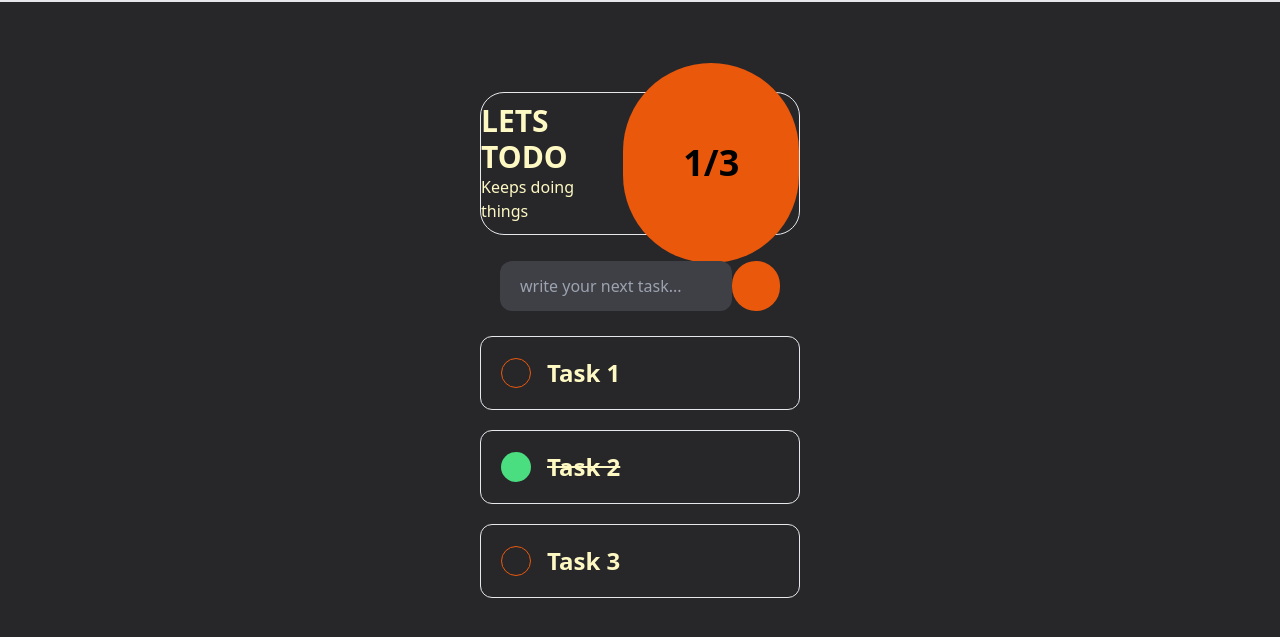
Repository: krayush1109/ToDo_List-React
Page: /
An editor plug-in stored every save of this project. The page is shown before and after the next save, followed by the edit.
The browser window is 1280 px wide. The pictures show the whole page.
The project was rebuilt for these pictures with package versions that can differ from the ones it lists, and the page was loaded fresh each time. Also part of the build but not shown: vite.config.js.

Above is the page before, as saved 2024-07-23 00:13:12.

### src/App.jsx
import React from 'react'

import Todo from './Components/Todo';

const App = () => {
  return (
    <>
      <Todo />
    </>
  )
}

export default App

### src/Components/Todo.jsx
import './style_ui.css';
import Todo from './Todo';

const App = () => {
    return (
        <div className="app-container">
            <div className="header-container">
                <div className="header-text">
                    <h1 className="header-title">LETS TODO</h1>
                    <p className="header-subtitle">Keeps doing things</p>
                </div>
                <div className="counter">
                    1/3
                </div>
            </div>
            <form className="form-container">
                <input
                    placeholder="write your next task..."
                    className="task-input"
                    type="text"
                />
                <button className="add-button">
                    <i className="ri-add-fill"></i>
                </button>
            </form>
            <ul className="task-list">
                <li className="task-item">
                    <div className="task-details">
                        <div className="task-status task-status-pending"></div>
                        <h1 className="task-title">
                            Task 1
                        </h1>
                    </div>
                    <div className="task-actions">
                        <i className="ri-file-edit-line"></i>
                        <i className="ri-delete-bin-3-line"></i>
                    </div>
                </li>
                <li className="task-item">
                    <div className="task-details">
                        <div className="task-status task-status-completed"></div>
                        <h1 className="task-title-completed">
                            Task 2
                        </h1>
                    </div>
                    <div className="task-actions">
                        <i className="ri-file-edit-line"></i>
                        <i className="ri-delete-bin-3-line"></i>
                    </div>
                </li>
                <li className="task-item">
                    <div className="task-details">
                        <div className="task-status task-status-pending"></div>
                        <h1 className="task-title">
                            Task 3
                        </h1>
                    </div>
                    <div className="task-actions">
                        <i className="ri-file-edit-line"></i>
                        <i className="ri-delete-bin-3-line"></i>
                    </div>
                </li>
            </ul>
        </div>
    );
};

export default App;

### src/Components/style_ui.css
/* styles.css */

.app-container {
    @apply border-t-2 w-screen h-screen bg-zinc-800 flex items-center flex-col;
}

.header-container {
    @apply mt-[7%] w-[25%] h-[20%] border rounded-3xl flex justify-around items-center;
}

.header-text {
    @apply text-yellow-100;
}

.header-title {
    @apply text-3xl font-bold;
}

.header-subtitle {
    @apply text-yellow-100;
}

.counter {
    @apply text-4xl font-extrabold flex justify-center items-center w-[200px] h-[200px] rounded-full bg-orange-600;
}

.form-container {
    @apply w-[25%] flex justify-between px-5 my-[2%];
}

.task-input {
    @apply px-5 py-3 text-yellow-100 outline-none w-[85%] rounded-xl bg-zinc-700;
}

.add-button {
    @apply outline-none text-4xl font-extrabold flex justify-center items-center w-[50px] h-[50px] rounded-full bg-orange-600;
}

.task-list {
    @apply list-none w-[25%];
}

.task-item {
    @apply mb-5 flex justify-between items-center border rounded-xl p-5;
}

.task-details {
    @apply flex items-center;
}

.task-status {
    @apply mr-4 rounded-full w-[30px] h-[30px];
}

.task-title {
    @apply text-2xl font-extrabold text-yellow-100;
}

.task-actions {
    @apply flex gap-3 text-2xl text-yellow-100;
}

.task-title-completed {
    @apply line-through text-2xl font-extrabold text-yellow-100;
}

.task-status-completed {
    @apply mr-4 rounded-full w-[30px] h-[30px] bg-green-400;
}

.task-status-pending {
    @apply mr-4 rounded-full w-[30px] h-[30px] border border-orange-600;
}

Loaded but not shown: index.html (common file); src/main.jsx (common file); src/main.css (common file); tailwind.config.js (common file)

After the next save:
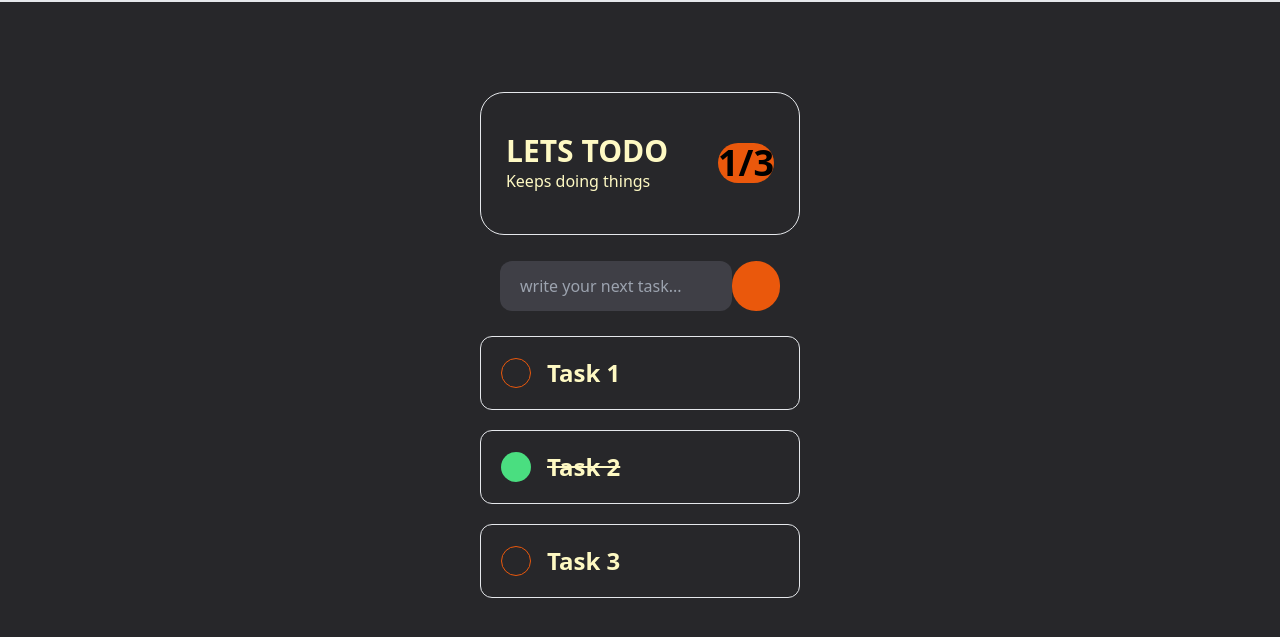
Saved 43 s later.
--- a/src/Components/style_ui.css
+++ b/src/Components/style_ui.css
@@ -21,7 +21,7 @@
 }
 
 .counter {
-    @apply text-4xl font-extrabold flex justify-center items-center w-[200px] h-[200px] rounded-full bg-orange-600;
+    @apply text-4xl font-extrabold flex justify-center items-center w-[] h-[] rounded-full bg-orange-600;
 }
 
 .form-container {
